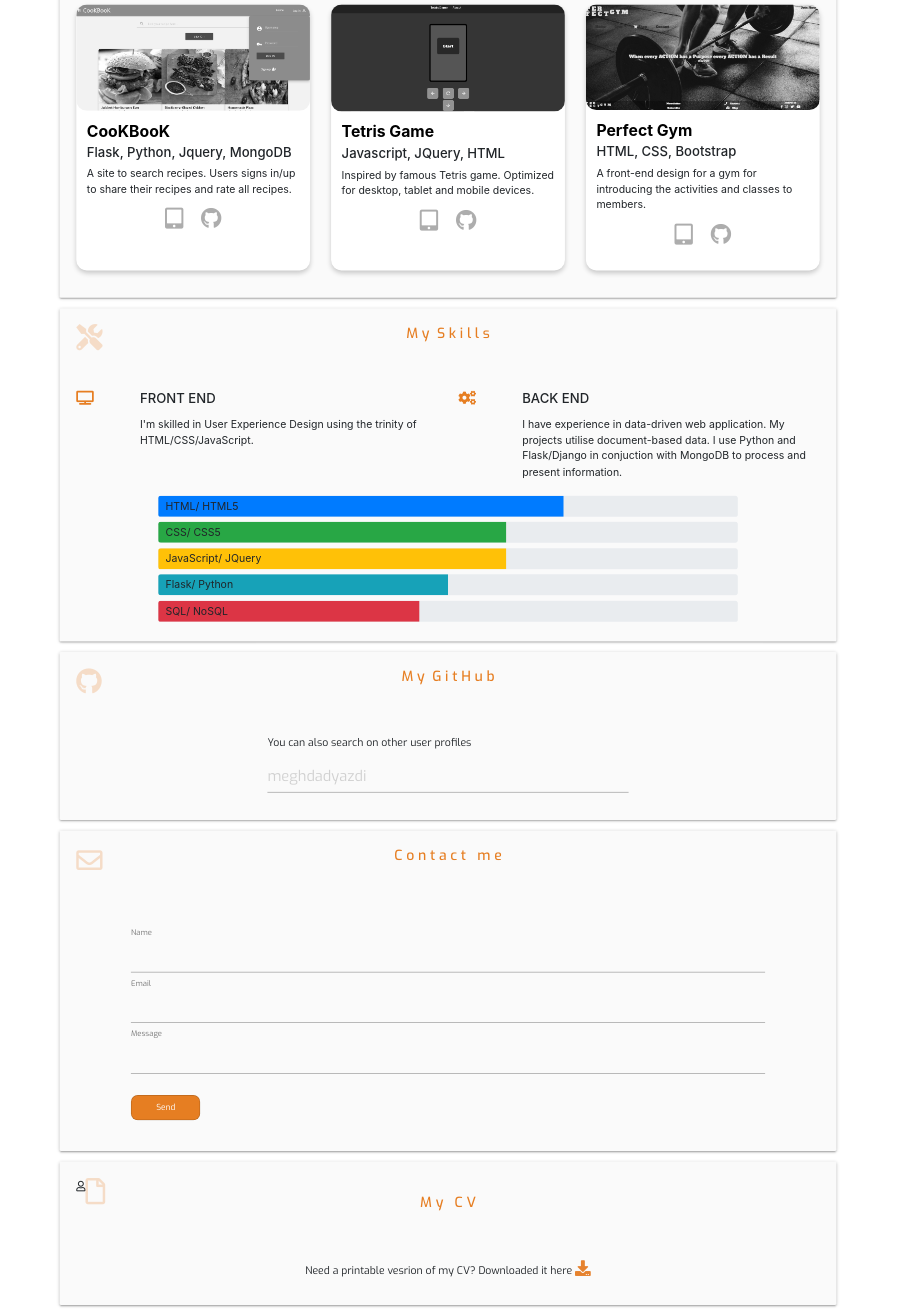
Repository: meghdadyazdi/SD_Res
Page: index.html
The author's editor kept a record of every edit. The page is drawn from the files as they stood at one moment, then again after the next edit.
The browser window is 1280 px wide. The page is 1295 px wide, so the pictures cover 1295 px, including what lies to the right of the window. The pictures show the part of the page from y = 706 to 2586 px (the page is 2586 px tall before and 2564 px after), at 70% of full size.
Some web libraries are served in a nearby version.

Above is the page before.
Console error: ReferenceError: $ is not defined

### index.html
<!DOCTYPE html>
<html lang="en">

<head>
  <meta charset="UTF-8">
  <meta name="viewport" content="width=device-width, initial-scale=1.0">
  <meta http-equiv="X-UA-Compatible" content="ie=edge">
  <link rel="stylesheet" href="https://cdnjs.cloudflare.com/ajax/libs/materialize/1.0.0/css/materialize.min.css">
  <link href="https://fonts.googleapis.com/icon?family=Material+Icons" rel="stylesheet">
  <link rel="stylesheet" href="assets/style.css" type="text/css" />
  <link href="https://fonts.googleapis.com/css?family=Raleway:100,100i,200,200i,300,300i,400,400i,500,500i,600,600i,700,700i,800,800i,900,900i&display=swap&subset=latin-ext" rel="stylesheet">
  <link rel="stylesheet" href="https://stackpath.bootstrapcdn.com/bootstrap/4.4.1/css/bootstrap.min.css" integrity="sha384-Vkoo8x4CGsO3+Hhxv8T/Q5PaXtkKtu6ug5TOeNV6gBiFeWPGFN9MuhOf23Q9Ifjh" crossorigin="anonymous">
  <link href="https://fonts.googleapis.com/css?family=Roboto+Slab:400,700&display=swap" rel="stylesheet">
  <link rel="stylesheet" href="https://use.fontawesome.com/releases/v5.6.1/css/all.css" integrity="sha384-gfdkjb5BdAXd+lj+gudLWI+BXq4IuLW5IT+brZEZsLFm++aCMlF1V92rMkPaX4PP" crossorigin="anonymous">
  <link href="https://fonts.googleapis.com/css?family=Dosis&display=swap" rel="stylesheet">
  <script type="text/javascript" src="assets/js/github-information.js"></script>
  <title>Meghdad Yazdi's Resume</title>

  <script type="text/javascript" src="https://cdn.jsdelivr.net/npm/emailjs-com@2.3.2/dist/email.min.js"></script>
  <script type="text/javascript">
    (function() {
      emailjs.init("user_qJqSswG9orTrNOoYLmxQi");
    })();
  </script>
</head>

<body>



  <nav>
    <div class="nav-wrapper">
      <a id="home" href="index.html" class="brand-logo">Home</a>
      <a href="#" data-target="mobile-demo" class="sidenav-trigger"><i class="material-icons">menu</i></a>
      <ul class="right hide-on-med-and-down">
        <li><a href="#about">About</a></li>
        <li><a href="#projects">Projects</a></li>
        <li><a href="#skills">My Skils</a></li>
        <li><a href="#github">Git Hub</a></li>
        <li><a href="#contact">Contact me</a></li>
        <li><a href="#cv">My CV</a></li>
      </ul>
    </div>
    <ul class="sidenav text-font" id="mobile-demo">
      <li><a href="#about">About</a></li>
      <li><a href="#projects">Projects</a></li>
      <li><a href="#skills">My Skils</a></li>
      <li><a href="#github">Git Hub</a></li>
      <li><a href="#contact">Contact me</a></li>
      <li><a href="#cv">My CV</a></li>
    </ul>
  </nav>


  <section class="container">
    <div class="card-panel grey lighten-5 z-depth-1">
      <div class="row valign-wrapper">
        <div class="col-sm-4 center">
          <!--<div class="col my_img">-->
          <img src="assets/images/meghdad_res2.jpg" alt="" class="circle responsive-img center">
          <!-- notice the "circle" class -->
          <!--</div>-->
        </div>
        <div class="col-sm-8 center">
          <div class="row">
            <div class="col-sm-12 center">
              <span class="black-text name-font">
                Meghdad Yazdi
              </span>
            </div>
            <div class="col-sm-12 center">
              <span class="black-text my-font">
                Full Stack Developer
              </span>
            </div>
          </div>
        </div>
      </div>
    </div>
  </section>

  <section class="container">
    <div class="card-panel grey lighten-5 z-depth-1">
      <div><i class="far fa-user icons"></i></div>
      <div class="row">
        <div class="col-sm-12 text-font">
          <h3 id="about" class="three-reasons-icon">A b o u t</h3>
        </div>
        <div class="col-sm-6 col-md-4 text-font m0">

          <p>
            I'm a physicist and a skilled Fullstack developer with a wealth of diverse life and technical experience that I bring to every project.
          </p>
        </div>
        <div class="col-sm-6 col-md-4 text-font m0">
          <!--<h3>HOW DO I DO IT?</h3>-->
          <p>
            I follow form as well as function. I know that aesthetics of effective design combined with application speed, security and reliability creates a great user experience.
          </p>
        </div>
        <div class="col-sm-6 col-md-4 text-font m0">
          <!--<h3>WHY HIRE ME</h3>-->
          <p>
            I work quickly and effectively in getting things built and working across the stock. I'm an excellent communicator who thrives in bright and enthusiastic teams, I'm also a self-starter when I work solo.
          </p>
        </div>
      </div>
    </div>
  </section>


  <section class="container">
    <div class="card-panel grey lighten-5 z-depth-1">
      <div><i class="fas fa-cog icons"></i></div>
      <div class="row align-items-center">
        <div class="col-sm-12 text-font">
          <h3 id="projects" class="three-reasons-icon">P r o j e c t s</h3>
        </div>

        <div class="col-sm-12 col-md-6 col-lg-4">
          <div id="cook" class="card">
            <img id="img-cook" src="assets/images/cookbook.png" alt="CooKBooK" class="work-img" style="width:100%">
            <div class="container">
              <h4><b>CooKBooK</b></h4>
              <h5>Flask, Python, Jquery, MongoDB</h5>
              <p>A site to search recipes. Users signs in/up to share their recipes and rate all recipes.</p>
              <div class="par"><a href="https://cookbook-meghdad.herokuapp.com" target="_blank"><i class="fas fa-tablet-alt"></i></a> &nbsp&nbsp&nbsp&nbsp
                <a href="https://github.com/meghdadyazdi/cookbook" target="_blank"><i class="fab fa-github"></i></a></div>
            </div>
          </div>
        </div>


        <div class="col-sm-12 col-md-6 col-lg-4">
          <div id="tetris" class="card">
            <img id="img-tetris" src="assets/images/Tetris.png" alt="Tetris Game" class="work-img" style="width:100%">
            <div class="container">
              <h4><b>Tetris Game</b></h4>
              <h5>Javascript, JQuery, HTML</h5>
              <p>Inspired by famous Tetris game. Optimized for desktop, tablet and mobile devices.</p>
              <div class="par"><a href="https://meghdadyazdi.github.io/IFD-Milestone/" target="_blank"><i class="fas fa-tablet-alt"></i></a> &nbsp&nbsp&nbsp&nbsp
                <a href="https://github.com/meghdadyazdi/IFD-Milestone" target="_blank"><i class="fab fa-github"></i></a></div>
            </div>
          </div>
        </div>


        <div class="col-sm-12 col-md-6 col-lg-4">
          <div id="gym" class="card">
            <img id="img-gym" src="assets/images/gym.png" alt="Gym" class="work-img" style="width:100%">
            <div class="container">
              <h4><b>Perfect Gym</b></h4>
              <h5>HTML, CSS, Bootstrap</h5>
              <p>A front-end design for a gym for introducing the activities and classes to members.</p>
              <div class="par"><a href="https://meghdadyazdi.github.io/UCFD-Milestone/index.html" target="_blank"><i class="fas fa-tablet-alt"></i></a> &nbsp&nbsp&nbsp&nbsp
                <a href="https://github.com/meghdadyazdi/UCFD-Milestone" target="_blank"><i class="fab fa-github"></i></a></div>
            </div>
          </div>
        </div>

      </div>

    </div>
  </section>

  <section class="container">
    <div class="card-panel grey lighten-5 z-depth-1">
      <div><i class="fas fa-tools icons"></i></div>
      <div class="col-sm-12 text-font">
        <h3 id="skills" class="three-reasons-icon">M y &nbspS k i l l s</h3>
      </div>
      <div class="row">
        <div class="col-10 offset-1 offset-sm-0 col-sm-6">
          <div class="row">
            <div class="col-2">
              <i class="three-reasons-icon fa fa-tv" aria-hiden="true"></i>
            </div>
            <div class="col-10">
              <h5 class="three-reasons-heading uppercase">FRONT END</h5>
              <p>I'm skilled in User Experience Design using the trinity of HTML/CSS/JavaScript.
              </p>
            </div>
          </div>
        </div>
        <div class="col-10 offset-1 offset-sm-0 col-sm-6">
          <div class="row">
            <div class="col-2">
              <i class="three-reasons-icon fa fa-cogs" aria-hiden="true"></i>
            </div>
            <div class="col-10">
              <h5 class="three-reasons-heading uppercase">BACK END</h5>
              <p>
                I have experience in data-driven web application. My projects utilise document-based data. I use Python and Flask/Django in conjuction with MongoDB to process and present information.
              </p>
            </div>
          </div>
        </div>
      </div>


      <div class="row progress-section">
        <div class="col">
          <div class="progress">
            <div class="progress-bar" role="progressbar" aria-valuenow="90" aria-valuemin="0" aria-valuemax="100" style="width:70%;">
              <span class="sr-only">70% complete</span>
            </div>
            <span class="progress-type progress-font">HTML/ HTML5</span>
          </div>
          <div class="progress">
            <div class="progress-bar bg-success" role="progressbar" aria-valuenow="70" aria-valuemin="0" aria-valuemax="100" style="width:60%;">
              <span class="sr-only">600% complete</span>
            </div>
            <span class="progress-type progress-font">CSS/ CSS5</span>
          </div>

          <div class="progress">
            <div class="progress-bar bg-warning" role="progressbar" aria-valuenow="80" aria-valuemin="0" aria-valuemax="100" style="width:60%;">
              <span class="sr-only">60% complete</span>
            </div>
            <span class="progress-type progress-font">JavaScript/ JQuery</span>
          </div>
          <div class="progress">
            <div class="progress-bar bg-info" role="progressbar" aria-valuenow="75" aria-valuemin="0" aria-valuemax="100" style="width:50%;">
              <span class="sr-only">50% complete</span>
            </div>
            <span class="progress-type progress-font">Flask/ Python</span>
          </div>
          <div class="progress">
            <div class="progress-bar bg-danger" role="progressbar" aria-valuenow="80" aria-valuemin="0" aria-valuemax="100" style="width:45%;">
              <span class="sr-only">45% complete</span>
            </div>
            <span class="progress-type progress-font">SQL/ NoSQL</span>
          </div>
        </div>
      </div>

    </div>
  </section>

  <section class="container">
    <div class="card-panel grey lighten-5 z-depth-1">
      <div><i class="fab fa-github icons"></i></div>
      <div class="row bg-color-contact">

        <div class="col-sm-12 text-font">
          <h3 id="github" class="three-reasons-icon">M y &nbspG i t H u b</h3>
        </div>

        <div class="col-md-6 offset-md-3 center-form text-font">

          <p>
            You can also search on other user profiles
          </p>

        </div>
        <div class="col-md-6 offset-md-3 center-form text-font">
          <input type="text" id="gh-username" placeholder="meghdadyazdi" value="" oninput="fetchGitHubInformation()" />
          <div id="gh-user-data"></div>
          <div id="gh-repo-data"></div>
        </div>
      </div>
    </div>
  </section>


  <section class="container">
    <div class="card-panel grey lighten-5 z-depth-1">
      <div><i class="far fa-envelope icons"></i></div>
      <div class="col-sm-12 text-font">
        <h3 id="contact" class="three-reasons-icon">C o n t a c t &nbsp m e</h3>
      </div>

      <form id="myform" class="text-font">
        <label>Name</label>
        <input type="text" name="from_name" />
        <label>Email</label>
        <input type="text" name="from_email" />
        <label>Message</label>
        <input type="text" name="project_request" />
        <br><br>
        <button>Send</button>
      </form>

    </div>
  </section>


  <section class="container">
    <div class="card-panel grey lighten-5 z-depth-1">
      <div><i class="far fa-user icon-in"></i><i class="far fa-file icons"></i></div>
      <div class="col-sm-12 text-font">
        <h3 id="cv" class="three-reasons-icon">M y &nbsp C V</h3>
      </div>


      <div class="col-md-6 offset-md-3 center-form text-font">

        <p class="download">
          Need a printable vesrion of my CV? Downloaded it here

          <a href="assets/CV/CV_Meghdad Yazdi_sw.pdf" target="_blank" class="">
                     <i class="fas fa-download cv-pdf" aria-hidden="true"></i>
                     <span class="sr-only">Doanload link</span></a>
        </p>

      </div>




    </div>
  </section>





  <div class="row">
    <div class="col d-none d-md-block">
      <div class="go-home">
        <a href="#home"><i class="far fa-hand-point-up up"></i></a>
      </div>
    </div>
  </div>

</body>
<script src="https://cdnjs.cloudflare.com/ajax/libs/jquery/3.4.1/jquery.min.js" integrity="sha256-CSXorXvZcTkaix6Yvo6HppcZGetbYMGWSFlBw8HfCJo=" crossorigin="anonymous"></script>
<script src="https://cdnjs.cloudflare.com/ajax/libs/materialize/1.0.0/js/materialize.min.js"></script>
<script type="text/javascript" src="assets/js/jquery.js"></script>
<script src="https://smtpjs.com/v3/smtp.js"></script>
<script type="text/javascript" src="assets/js/main.js"></script>
<script src="assets/js/sendEmail.js"></script>


</html>

### assets/style.css
@import url('https://fonts.googleapis.com/css?family=Roboto:100,200,300,400,500,600,700|Exo:100,200,300,400,500,600,700');

nav {
    background-color: #e67e22;
}

.sidenav {
    width: 150px;
    background-color: #e67e22;
}

.row .col.m2 {
    width: 50%;
    margin: 0;
}

.row .col.s12 {
    width: 50%;
    margin: 0;
}

.card-panel{
    position: relative;
}

.dark-bg{
    background-color: #676767;
}

.go-home {
  position: fixed;
  right: 25px;
  bottom: 25px;
  width: 50px;
  height: 50px;
  border-radius: 50%;
  background-color: #e67e22;
  color: white;
  text-align: center;
}

.fa-hand-point-up{
  font-size: 40px;
  margin: 5px 2px 0 0;
}

.up {
    color: #fff !important;
}

.center {
  display: block;
  margin-left: auto;
  margin-right: auto;
  width: 50%;
}

img.responsive-img {
    max-width: 50%;
}
.name-font{
    font-family: 'Dosis', sans-serif;
    /*font-family: "Roboto", sans-serif;*/
    font-size: 2.5rem;
    font-weight: 400;
    text-align: center;
}
.my-font{
    /*font-family: 'Dosis', sans-serif;*/
    font-family: "Roboto", sans-serif;
    font-size: 1.8rem;
    /*text-align: center;*/
    font-weight: 100;
}
.text-font{
    /*font-family: 'Dosis', sans-serif;*/
    font-family: "Exo", sans-serif;
    font-size: 1rem;
    /*text-align: center;*/
    font-weight: 400;
}
.row{
    margin: 0;
}

.m0{
  margin: 0 !important;
}

.p0{
  padding: 0 !important;
}

/*.row .col-sm-6{*/
/*  margin-top: 5rem; */
/*}*/

a:hover {
    color: #fff !important;
    text-decoration: none !important;
}

.card {
  box-shadow: 0 4px 8px 0 rgba(0,0,0,0.2);
  transition: 0.3s;
  width: 100%;
  height: 380px;
  border-radius: 15px !important;
  border: 0px solid rgba(0,0,0,.125) !important;
}

.card:hover {
  box-shadow: 0 8px 90px 0 rgba(0,0,0,1);
}

.mauto{
  margin: auto !important;
}

.fa-tablet-alt{
  font-size: 30px;
  color: #adadad
}

.fa-tablet-alt:hover{
  transform: rotate(5deg);
  color: #5a5a5a;
}

.fa-github{
  font-size: 30px;
  color: #adadad
}

.fa-github:hover{
  transform: rotate(5deg);
  color: #5a5a5a;
}

.par{
  text-align: center;
}

.work-img{
  filter: grayscale(100%);
}

#img-cook,
#img-tetris,
#img-gym{
  border-radius: 15px;
}

h4{
  margin-top: 1rem !important;
  color: #000;
}

h3{
text-align:center;
font-size:26px;
margin-bottom: 70px !important;
}

.card-img{

}

/*__________________________Skils______________________________*/

.progress{
    position: relative;
    height: 30px !important;
    margin-bottom: 4px;
}

.progress-type{
    position: absolute;
    left: 0;
    font-weight: 400;
    padding: 4px 39px 19px 10px;
    color: #212529;
}

.progress-section{
    margin: 0px auto!important;
    width: 80%;
}

.progress-font{
  font-size: 15px;
}

/*___________________________three reason___________________________________*/

.three-reasons-icon{
    font-size: 20px;
    color: #e67e22;
}

.three-reasons-heading{
    margin-bottom: 15px;
}


/*__________________________Github_____________________________*/
#search-area {
  display: block;
  max-width: 70%;
  margin: 0 auto;
  background: #fff;
  padding: 15px 25px;
  -webkit-box-shadow: 1px 2px 3px -1px rgba(0, 0, 0, 0.4);
  -moz-box-shadow: 1px 2px 3px -1px rgba(0, 0, 0, 0.4);
  box-shadow: 1px 2px 3px -1px rgba(0, 0, 0, 0.4);
  -webkit-border-radius: 4px;
  -moz-border-radius: 4px;
  border-radius: 4px;
}

#gh-api-data {
  display: block;
  padding: 25px 0;
}

#loader {
  display: block;
  width: 200px;
  height: 200px;
  margin: 0 auto;
}


/* page content styles */

.small-name {
  font-size: 0.75em;
  color: #a9a9a9 ;
  font-style: italic;
}

.avi {
  float: left;
  margin-right: 7px;
  margin-bottom: 7px;
}

.avi img {
  border: 1px solid #ccc;
  padding: 3px;
}

.repo-list {
  display: block;
  clear: both;
  width: 100%;
}

.repo-list ul {
  font-size: 1.2em;
}

.repo-list ul li {
  display: block;
}

.repo-list ul li a {
  font-weight: bold;
  padding: 6px 9px;
  display: block;
  float: left;
  margin-right: 10px;
  margin-bottom: 10px;
  text-decoration: none;
  border: 1px solid #356492;
  -webkit-border-radius: 3px;
  -moz-border-radius: 3px;
  border-radius: 3px;
  color: #fff;
  background-color: #3673af;
  background-image: -webkit-gradient(linear, left top, left bottom, from(#5597d8), to(#3673af));
  background-image: -webkit-linear-gradient(top, #5597d8, #3673af);
  background-image: -moz-linear-gradient(top, #5597d8, #3673af);
  background-image: -ms-linear-gradient(top, #5597d8, #3673af);
  background-image: -o-linear-gradient(top, #5597d8, #3673af);
  background-image: linear-gradient(top, #5597d8, #3673af);
}

.repo-list ul li a:hover {
  background-color: #396895;
  background-image: -webkit-gradient(linear, left top, left bottom, from(#4b87c2), to(#396895));
  background-image: -webkit-linear-gradient(top, #4b87c2, #396895);
  background-image: -moz-linear-gradient(top, #4b87c2, #396895);
  background-image: -ms-linear-gradient(top, #4b87c2, #396895);
  background-image: -o-linear-gradient(top, #4b87c2, #396895);
  background-image: linear-gradient(top, #4b87c2, #396895);
}

.repo-list ul li a:active {
  -webkit-box-shadow: inset 0 3px 5px rgba(0, 0, 0, 0.25);
  -moz-box-shadow: inset 0 3px 5px rgba(0, 0, 0, 0.25);
  box-shadow: inset 0 3px 5px rgba(0, 0, 0, 0.25);
}

.repo-list ul li a span {
  font-family: "Courier New", Courier, "Lucida Typewriter", monospace;
  font-size: 0.9em;
}

/* input field */

#gh-username {
  display: block;
  padding: 0;
  font-size: 1.4em;
  color: #666;
  /*max-width: 550px;*/
  margin-bottom: 15px;
}


#gh-submit {
  display: inline-block;
  padding: 8px 18px;
  font-size: 14px;
  font-weight: bold;
  color: #444;
  text-decoration: none;
  text-shadow: 0 1px 0 rgba(255, 255, 255, 0.8);
  background-color: #eaeaea;
  background-image: -webkit-linear-gradient(#fafafa, #eaeaea);
  background-image: -moz-linear-gradient(#fafafa, #eaeaea);
  background-image: -ms-linear-gradient(top, #fafafa, #eaeaea);
  background-image: -o-linear-gradient(top, #fafafa, #eaeaea);
  background-image: linear-gradient(#fafafa, #eaeaea);
  border-radius: 3px;
  border: 1px solid #ddd;
  border-bottom-color: #c5c5c5;
  -webkit-box-shadow: 0 1px 3px rgba(0, 0, 0, 0.05);
  -moz-box-shadow: 0 1px 3px rgba(0, 0, 0, 0.05);
  box-shadow: 0 1px 3px rgba(0, 0, 0, 0.05);
}

#gh-submit:hover {
  background-color: #dadada;
  background-image: -webkit-linear-gradient(#eaeaea, #dadada);
  background-image: -moz-linear-gradient(#eaeaea, #dadada);
  background-image: -ms-linear-gradient(top, #eaeaea, #dadada);
  background-image: -o-linear-gradient(top, #eaeaea, #dadada);
  background-image: linear-gradient(#eaeaea, #dadada);
  border-color: #ccc #ccc #b5b5b5;
}

#gh-submit:active {
  background-color: #dadada;
  background-image: none;
  border-color: #b5b5b5;
  -webkit-box-shadow: inset 0 3px 5px rgba(0, 0, 0, 0.25);
  -moz-box-shadow: inset 0 3px 5px rgba(0, 0, 0, 0.25);
  box-shadow: inset 0 3px 5px rgba(0, 0, 0, 0.25);
}


/*_______________________________Form_____________________________*/

form {
  width: 90%;
  padding: 20px 25px;
  margin: auto;
  margin-top: 30px;
}
form input,
form textarea {
  font: inherit;
  padding: 5px 5px;
  width: 100%;
  margin-top: 3px;
  margin-bottom: 15px;
  box-sizing: border-box;
}
form button {
  border: 1px solid rgba(0,0,0,0.2);
  padding: 8px 35px;
  font-size: 12px;
  background: #e67e22;
  color: white;
  border-radius: 10px;
}
form label {
  color: #777;
  font-size: 11px;
  margin-bottom: 2px;
  display: block;
}

button:focus {
    background-color: #934500;
}

/*_____________________________icons______________________________*/

.icons{
  font-size: 2.5rem;
  color: #e6822e40;
  position: absolute;
  z-index: 9999;
}

/*_____________________________cv______________________________*/

.cv-pdf{
  font-size: 1.5rem;
  color: #e6822e;
}

.download{
  text-align: center;
}

### assets/js/jquery.js
$(document).ready(function(){
    $('.sidenav').sidenav();
    $('#cook').mouseenter(function (){
        $('#img-cook').removeClass('work-img');
    });
    $('#cook').mouseleave(function (){
        $('#img-cook').addClass('work-img');
    });
    $('#tetris').mouseenter(function (){
        $('#img-tetris').removeClass('work-img');
    });
    $('#tetris').mouseleave(function (){
        $('#img-tetris').addClass('work-img');
    });
    $('#gym').mouseenter(function (){
        $('#img-gym').removeClass('work-img');
    });
    $('#gym').mouseleave(function (){
        $('#img-gym').addClass('work-img');
    });

    $("a").on('click', function(event) {

    // Make sure this.hash has a value before overriding default behavior
    if (this.hash !== "") {
      // Prevent default anchor click behavior
      event.preventDefault();

      // Store hash
      var hash = this.hash;

      // Using jQuery's animate() method to add smooth page scroll
      // The optional number (800) specifies the number of milliseconds it takes to scroll to the specified area
      $('html, body').animate({
        scrollTop: $(hash).offset().top
      }, 1000, function(){

        // Add hash (#) to URL when done scrolling (default click behavior)
        window.location.hash = hash;
      });
    } // End if
  });
  });

### assets/js/main.js
function sendEmail() {
	Email.send({
	Host: "smtp.gmail.com",
	Username : "meghdad23@gmail.com",
	Password : "",
	To : 'meghdadyazdi@yahoo.com',
	From : "meghdad23@gmail.com",
	Subject : "helloommmmmmmmmm",
	Body : "",
	}).then(
		message => alert("mail sent successfully")
	);
}

Loaded but not shown: assets/js/github-information.js (80 lines, source omitted); assets/js/sendEmail.js (no copy from this time; the picture is the same without it)

After the next edit:
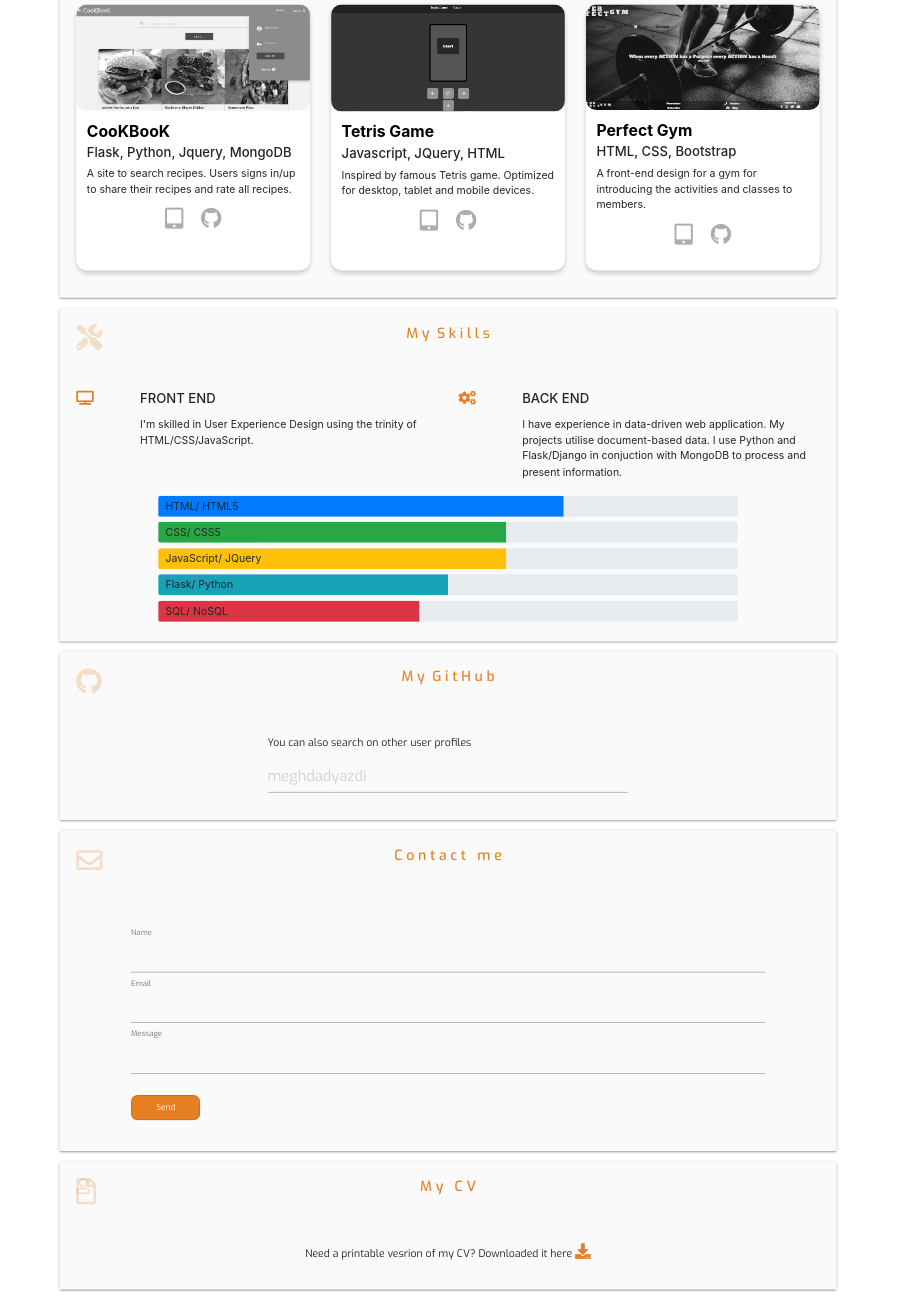
The edit:
--- a/assets/style.css
+++ b/assets/style.css
@@ -406,6 +406,13 @@
   z-index: 9999;
 }
 
+.icon-in{
+  font-size: 1.5rem;
+  color: #e6822e40;
+  position: absolute;
+  z-index: 9999;
+}
+
 /*_____________________________cv______________________________*/
 
 .cv-pdf{
